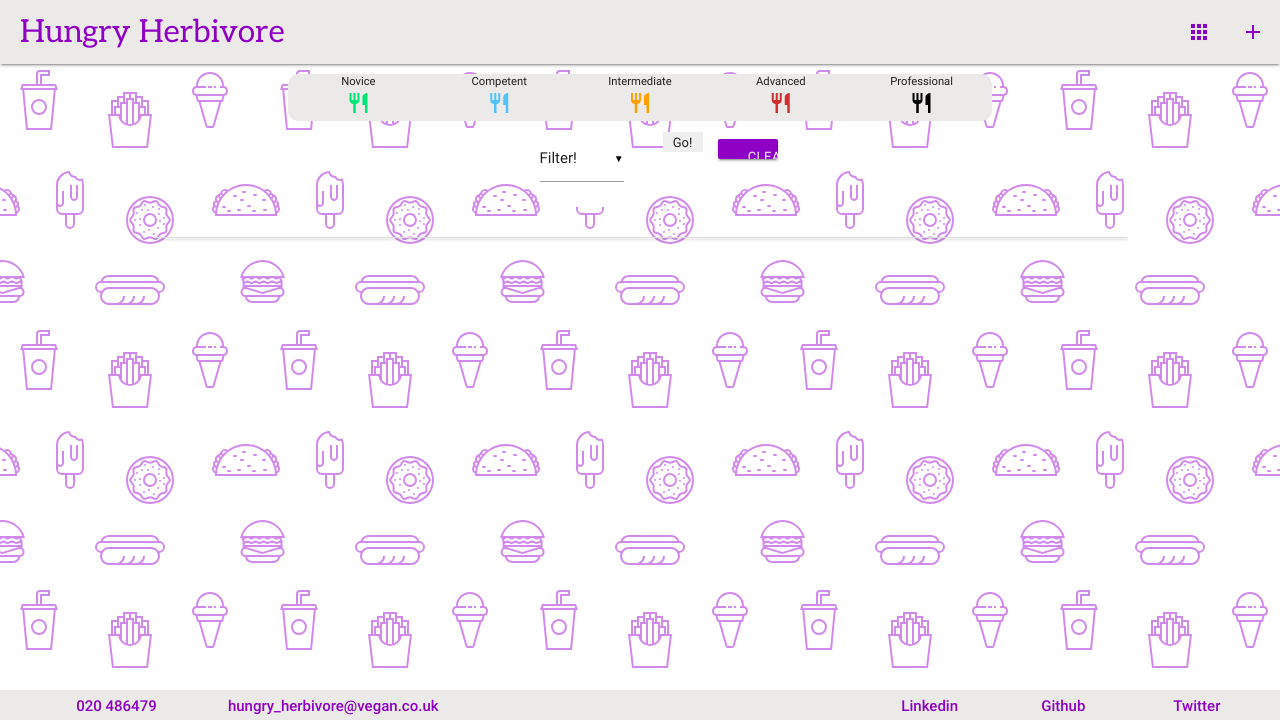
Repository: tgarratt/HungryHerbivore-Milestone3
Page: templates/recipes.html
The author's editor kept a record of every edit. The page is drawn from the files as they stood at one moment, then again after the next edit.
The browser window is 1280 px wide. The pictures show the whole page.
The template is drawn by Flask 3. The application's start-up code is not run. Other server files are loaded and not shown. The template is opened directly, without the code that normally fills it, so the values that code supplies are empty.

Above is the page before.

### templates/recipes.html
{% extends 'parent.html'%} {% block content %}

<div class="key-content mobile-key row">
    <div class="col m2.4 key-info key-width">
        <div class="mobile-key-text-novice">Novice</div>
        <i class="material-icons novice mobile-hide">restaurant</i>
    </div>
    <div class="col m2.4 key-info key-width">
        <div class="mobile-key-text-competent"> Competent</div>
        <i class="material-icons competent mobile-hide">restaurant</i>
    </div>
    <div class="col m2.4 key-info key-width">
        <div class="mobile-key-text-intermediate"> Intermediate</div>
        <i class="material-icons intermediate mobile-hide">restaurant</i>
    </div>
    <div class="col m2.4 key-info key-width">
        <div class="mobile-key-text-advanced"> Advanced</div>
        <i class="material-icons advanced mobile-hide">restaurant</i>
    </div>
    <div class="col m2.4 key-info key-width">
        <div class="mobile-key-text-professional"> Professional</div>
        <i class="material-icons professional mobile-hide">restaurant</i>
    </div>

</div>
<div class="search-form row">
    <div class="row col m12">

        <form action="{{url_for('filter')}}" method="post">
            <div class="col m6 select-dropdown">
                <div class="search-select">
                    <select name="difficulty-filter" id="difficulty-filter" required>
                    <option value="1" disabled selected>Filter!</option>
                    <option value="1">novice</option>
                    <option value="2">competent</option>
                    <option value="3">intermediate</option>
                    <option value="4">advanced</option>
                    <option value="5">professional</option>
                </select>
                </div>
            </div>
            <div class="row col m6">
                <div class="col m6">
                    <button class="buttons-hover search-button" type="submit" name="action">Go!</button>
                </div>
                <div class="col m6">
                    <a href="{{url_for('get_recipes')}}" class="waves-effect waves-light btn buttons buttons-hover search-button">Clear!</a>
                </div>
            </div>
        </form>
    </div>
</div>

<div class="page-content-recipes">
    <ul class="collapsible" data-collapsible="accordion">
        {% for recipe in recipes %}
        <li>
            <div class="collapsible-header row">
                <div class="col l1">
                    <i class="col s1 material-icons icon-size
                {% if recipe.difficulty == " 1 " %}
                green-text text-accent-3
                {% elif recipe.difficulty == "2 " %}
                light-blue-text text-lighten-2
                {% elif recipe.difficulty == "3 " %}
                amber-text text-darken-2
                {% elif recipe.difficulty == "4 " %}
                red-text text-darken-2
                {% elif recipe.difficulty == "5 " %}
                black-text
                {% endif %}">restaurant </i>
                </div>
                <div class="col l7">
                    <strong>{{recipe.meal_name}}</strong> - {{recipe.meal_time}}
                </div>
                <div class="col l2">
                    <a href="{{url_for('view_recipe', recipe_id=recipe._id)}}" class="waves-effect waves-light btn buttons buttons-hover">Recipe</a>
                </div>
                <div class="col l2">
                    <a href="{{url_for('modify_recipe', recipe_id=recipe._id)}}" class="waves-effect waves-light btn buttons buttons-hover">Modify</a>
                </div>
            </div>
            <div class="collapsible-body">
                <span>
                <div>
                    <div><strong>Comments:</strong></div>
                    <div>{{recipe.meal_comment}}</div>
                </div>
            </span>
            </div>
        </li>
        {% endfor %}
    </ul>
</div>

{% endblock %}

### templates/parent.html
<!DOCTYPE html>
<html>

<head>
    <link href="https://fonts.googleapis.com/icon?family=Material+Icons" rel="stylesheet">
    <link href='https://fonts.googleapis.com/css?family=Aleo' rel='stylesheet'>
    <link rel="stylesheet" href="https://cdnjs.cloudflare.com/ajax/libs/materialize/0.100.2/css/materialize.min.css">
    <link rel="stylesheet" href="{{url_for('static', filename='css/style.css')}}" type="text/css" />
</head>

<body>
    <header>
        <nav class="nav-color">
            <div class="nav-wrapper">
                <a href="{{url_for('get_recipes')}}" class="brand-logo nav-text nav-logo">Hungry Herbivore</a>
                <ul class="right hide-on-med-and-down">
                    <li><a href="{{url_for('get_recipes')}}"><i class="material-icons nav-text">apps</i></a></li>
                    <li><a href="{{url_for('add_recipe')}}"><i class="material-icons nav-text">add</i></a></li>
                </ul>
            </div>
        </nav>
    </header>
    {% block content %} {% endblock %}
    <div>
        <footer>
            <div class="footer-text row">
                <div class="col s4 m4 row">
                    <div class="col m6 mobile-hide">020 486479</div>
                    <div class="col s12 m6">hungry_herbivore@vegan.co.uk</div>
                </div>
                <div class="col s0 m4 "></div>
                <div class="col s8 m4 row">
                    <a href="https://www.linkedin.com/in/tom-garratt-303284168/" target="_blank">
                        <div class="col s6 m4 footer-hover footer-link">
                            Linkedin
                        </div>
                    </a>
                    <a href="https://github.com/tgarratt" target="_blank">
                        <div class="col s6 m4 footer-hover footer-link">
                            Github
                        </div>
                    </a>
                    <a href="N/A" target="_blank">
                        <div class="col m4 footer-hover footer-link mobile-hide">
                            Twitter
                        </div>
                    </a>
                </div>
            </div>
        </footer>
    </div>
    <script src="https://cdnjs.cloudflare.com/ajax/libs/jquery/3.4.1/jquery.min.js" integrity="sha256-CSXorXvZcTkaix6Yvo6HppcZGetbYMGWSFlBw8HfCJo=" crossorigin="anonymous"></script>
    <script src="https://cdnjs.cloudflare.com/ajax/libs/materialize/0.100.2/js/materialize.min.js"></script>
    <script type="text/javascript" src="display/js/main.js"></script>
    <script type="text/javascript">
        $(document).ready(function() {
            $('.collapsible').collapsible();
            $('select').material_select();
        });
    </script>
</body>

</html>

### static/css/style.css
/*--------------------------------------------- MAIN TAG CLASSES */

body {
    background-color: #ffffff;
    background-image: url("data:[embedded picture, 9922 characters]");
    padding-bottom: 30px;
    margin: 0px;
}

/*--------------------------------------------- GENERAL */

.page-content {
    background-color: #ECE9E9;
    margin-top: 10px;
    margin-bottom: 10px;
    margin-left: auto;
    margin-right: auto;
    width: 65em;
    border-radius: 25px;
}

.page-content-recipes {
    background-color: #ECE9E9;
    margin-top: 10px;
    margin-bottom: 10px;
    margin-left: auto;
    margin-right: auto;
    width: 65em;
}

.buttons {
    margin: 8px;
    background-color: #8E00C3 !important;
}

.buttons-hover:hover {
    background-color: #ECE9E9 !important;
    color: #8E00C3;
    transition: 0.5s;
}

.key-width {
    width: 20%
}

.margin-auto {
    margin: 0 auto;
}

.float-right {
    float: right;
}

/*--------------------------------------------- NAV BAR */

.nav-logo {
    font-family: 'Aleo';
    margin-left: 20px;
}

.nav-text {
    color: #8E00C3 !important;
}

.nav-icon {
    font-size: 25px;
}

.nav-color {
    background-color: #ECE9E9 !important;
}

/*--------------------------------------------- RECIPES */

.icon-size {
    font-size: 150%;
}

/*--------------------------------------------- KEY */

.novice {
    color: #00e676 !important;
}

.competent {
    color: #4fc3f7 !important;
}

.intermediate {
    color: #ffa000 !important;
}

.advanced {
    color: #d32f2f !important;
}

.professional {
    color: #000000 !important;
}

.key-content {
    background-color: #ECE9E9;
    margin-top: 10px;
    margin-bottom: 10px;
    margin-left: auto;
    margin-right: auto;
    width: 55%;
    border-radius: 10px;

}

.key-info {
    font-size: 75%;
    margin: 0 auto;
    display: inline-block;
    text-align: center;
}

/*--------------------------------------------- FILTER */

.search-button {
    width: 40px !important;
    height: 20px !important;
    font-size: small !important;
    border: 5px;

}

.select-dropdown {
    width: 200px;
}

.search-form {
    margin-top: 10px;
    margin-bottom: 10px;
    margin-left: auto;
    margin-right: auto;
    width: 20%;
    border-radius: 25px;
}

.search-select {
    background-color: #ffffff;
    border-radius: 25px;
    padding: 5px;
}

/*--------------------------------------------- MODIFY RECIPE */

.button-delete {
    margin: 8px;
    background-color: #bb2124!important;
}

.delete-interact:hover {
    background-color: #F92E32 !important;
}

/*--------------------------------------------- VIEW RECIPE */

.recipe-header {
    text-align: center;
    margin: 15px;
    border-radius: 25px;
}

.recipe-content {
    margin: 20px;
    background-color: #DADADA;
    border-radius: 25px;
    border: 10px;
}

.recipe-element {
    margin-top: 5px;
    margin-bottom: 5px;
}

/*--------------------------------------------- FOOTER */

footer {
    width: 100%;
    background-color: #ECE9E9;
    color: #8E00C3;
    position: fixed;
    left: 0px;
    bottom: 0px;
    height: 30px;
}

.footer-text {
    text-align: center;
    font-weight: 500;
    margin: 5px;
}

.footer-hover:hover {
    color: #BB2FF1 !important;
}

.footer-link {
    text-decoration: none;
    color: #8E00C3 !important;
}

/*--------------------------------------------- MEDIA */

/*---------------------------------- MOBILE */

@media(max-width: 767px) {
    .mobile-key-text-novice {
        color: #00e676 !important;
    }
    .mobile-key-text-competent {
        color: #4fc3f7 !important;
    }
    .mobile-key-text-intermediate {
        color: #ffa000 !important;
    }
    .mobile-key-text-advanced {
        color: #d32f2f !important;
    }
    .mobile-key-text-professional {
        color: #000000 !important;
    }
    .mobile-hide {
        display: none;
    }
    .mobile-key {
        width: 90%;
        font-size: 20px;
    }

}

Loaded but not shown: static/js/main.js (no copy from this time; the picture is the same without it)

After the next edit:
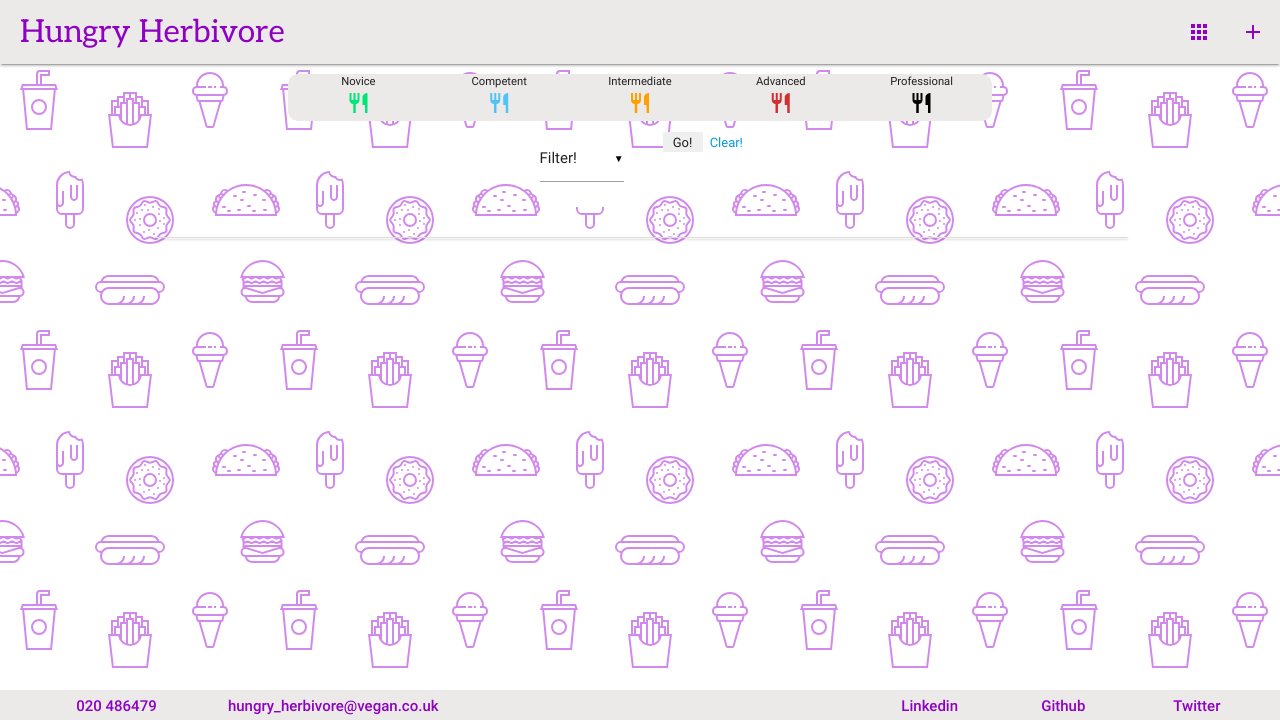
The edit:
--- a/templates/recipes.html
+++ b/templates/recipes.html
@@ -44,7 +44,7 @@
                     <button class="buttons-hover search-button" type="submit" name="action">Go!</button>
                 </div>
                 <div class="col m6">
-                    <a href="{{url_for('get_recipes')}}" class="waves-effect waves-light btn buttons buttons-hover search-button">Clear!</a>
+                    <a href="{{url_for('get_recipes')}}" class="buttons-hover search-button">Clear!</a>
                 </div>
             </div>
         </form>
